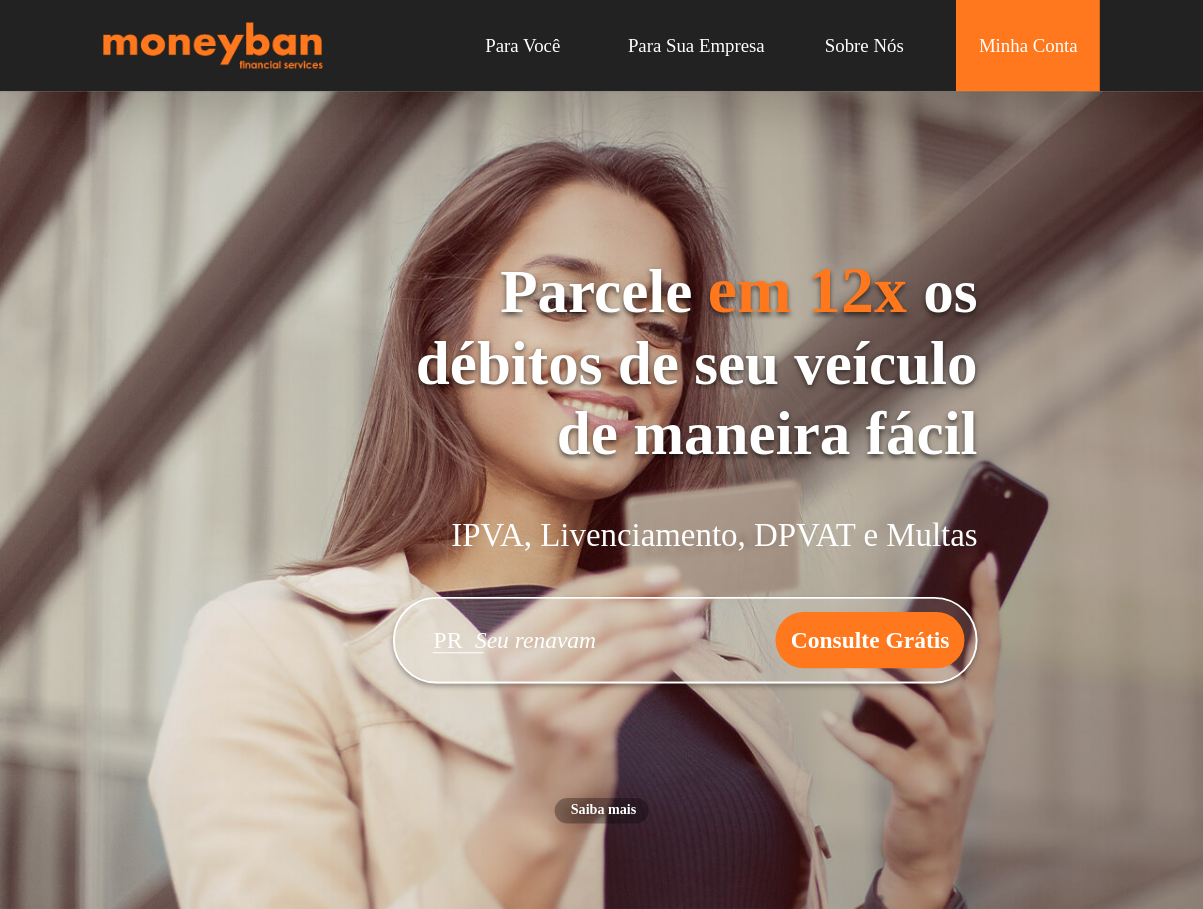
Repository: IvanCardoso91/moneyban
Page: index.html
An editor plug-in stored every save of this project. The page is shown before and after the next save, followed by the edit.
The browser window is 1280 px wide. The pictures show the whole page, at 94% of full size.
Some icons come from a web library that is not loaded, so they are not drawn. Some web fonts or font styles are not loaded; a fallback is used.

Above is the page before, as saved 2020-12-17 14:41:45.

After the next save:
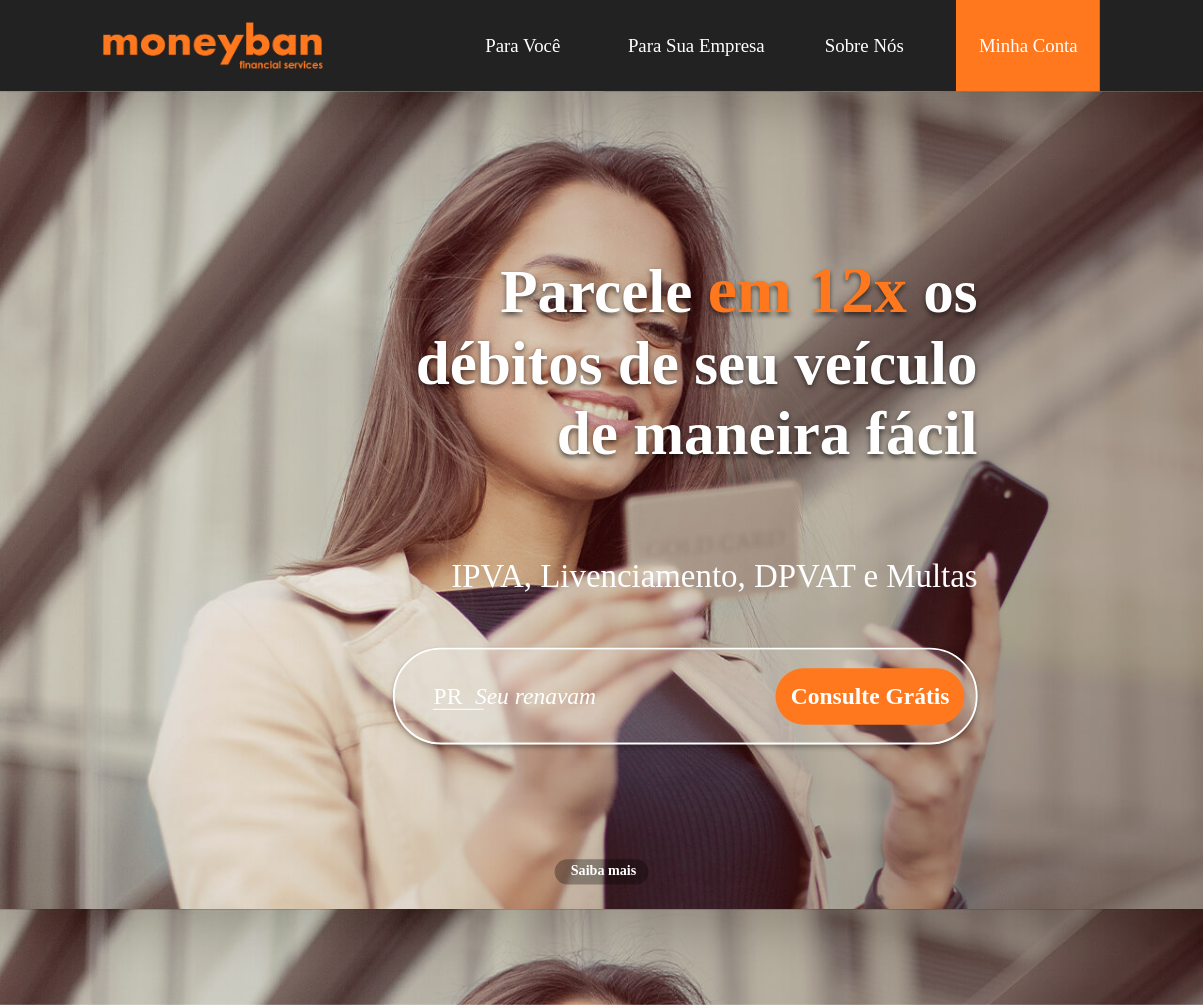
Saved 11 min 34 s later.
--- a/style/main-style.css
+++ b/style/main-style.css
@@ -266,3 +266,14 @@ select::-ms-expand {
 
 
 /* FIM PRIMEIRA DIV-IMAGEM */
+
+
+/* INICIO SEGUNDA DIV-IMAGEM */
+
+.box-img1 {
+    display: flex;
+    flex-direction: column;
+    align-items: flex-end;
+    height: 972px;
+    background-image: url('/Repositorios/site-moneyban/assets/img/bg-home-parcelar-documentos-carro-moto.jpg');
+}
